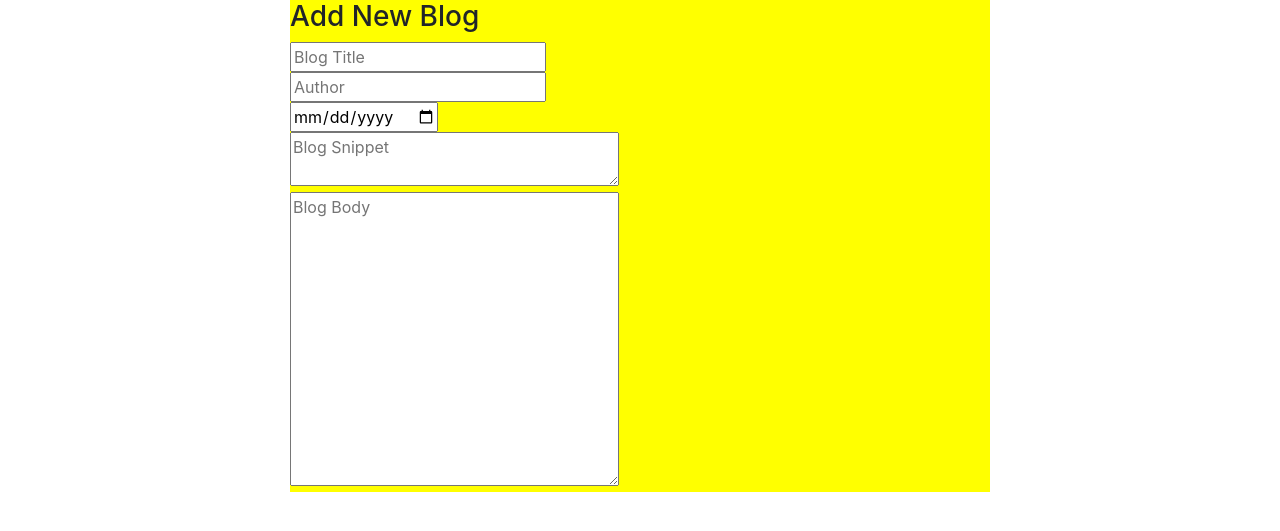
Repository: just-mann/just-blog
Page: http://localhost/add-blog
An editor plug-in stored every save of this project. The page is shown before and after the next save, followed by the edit.
The browser window is 1280 px wide. The pictures show the whole page.
The page is served by the project's Node server (index.js).

Above is the page before, as saved 2022-01-29 12:31:08.

### views/add-blog.ejs
<!doctype html>
<html lang="en">
  <head>
    <title>JUSTCODE | Add New Blog</title>
    <!-- Required meta tags -->
    <meta charset="utf-8">
    <meta name="viewport" content="width=device-width, initial-scale=1, shrink-to-fit=no">
    <!-- Bootstrap CSS -->
    <link rel="stylesheet" href="https://stackpath.bootstrapcdn.com/bootstrap/4.3.1/css/bootstrap.min.css" integrity="sha384-ggOyR0iXCbMQv3Xipma34MD+dH/1fQ784/j6cY/iJTQUOhcWr7x9JvoRxT2MZw1T" crossorigin="anonymous">
    <link rel="stylesheet" href="app.css">
  </head>
  <body>
    <div class="addBlog">
      <h3>Add New Blog</h3>
      <form action="/add-new-blog" method="POST">
        <div class="titleDiv">
          <input type="text" name="title" class="blog-title" placeholder="Blog Title">
        </div>
        <div class="authorDiv">
          <input type="text" name="title" class="blog-author" placeholder="Author">
        </div>
        <div class="dateDiv">
          <input type="date" name="date" class="blog-date">
        </div>
        <div class="snippetDiv">
          <textarea name="blog-snippet" id="blog-snippet" cols="30" rows="2.5" class="blog-snippet" placeholder="Blog Snippet"></textarea>
        </div>
        <div>
          <textarea name="blog-body" id="blog-body" cols="30" rows="12" class="blog-body" placeholder="Blog Body"></textarea>
        </div>
      </form>
    </div>

    <!-- Optional JavaScript -->
    <!-- jQuery first, then Popper.js, then Bootstrap JS -->
    <script src="https://code.jquery.com/jquery-3.3.1.slim.min.js" integrity="sha384-q8i/X+965DzO0rT7abK41JStQIAqVgRVzpbzo5smXKp4YfRvH+8abtTE1Pi6jizo" crossorigin="anonymous"></script>
    <script src="https://cdnjs.cloudflare.com/ajax/libs/popper.js/1.14.7/umd/popper.min.js" integrity="sha384-UO2eT0CpHqdSJQ6hJty5KVphtPhzWj9WO1clHTMGa3JDZwrnQq4sF86dIHNDz0W1" crossorigin="anonymous"></script>
    <script src="https://stackpath.bootstrapcdn.com/bootstrap/4.3.1/js/bootstrap.min.js" integrity="sha384-JjSmVgyd0p3pXB1rRibZUAYoIIy6OrQ6VrjIEaFf/nJGzIxFDsf4x0xIM+B07jRM" crossorigin="anonymous"></script>
  </body>
</html>

### index.js
const express = require('express');
const cors = require('cors');
const bodyParser = require('body-parser');


const app = express();

// BodyParser to tidy up the input from the form
app.use(bodyParser.urlencoded({ extended: true }));

// Static
app.use(express.static('public'))


// Setting the view engine
app.set('view engine', 'ejs');




// Get all the blogs from the database
app.get('/api/blogs', cors(), (req, res) => {
    res.send('Server is running.');
})

// Render the form that let's you add a new blog
app.get('/add-blog', (req, res) => {
    res.render('add-blog');
})


// Add new blog to the database
app.post('/add-new-blog', (req, res) => {

})







const PORT = process.env.PORT || 5000;
app.listen(PORT, () => console.log(`Server is running on port ${PORT}`))

### public/app.css


.addBlog {
    max-width: 700px;
    margin: auto;
    background: yellow;
}

form {
    max-width: 800px;
    margin: auto;
}

After the next save:
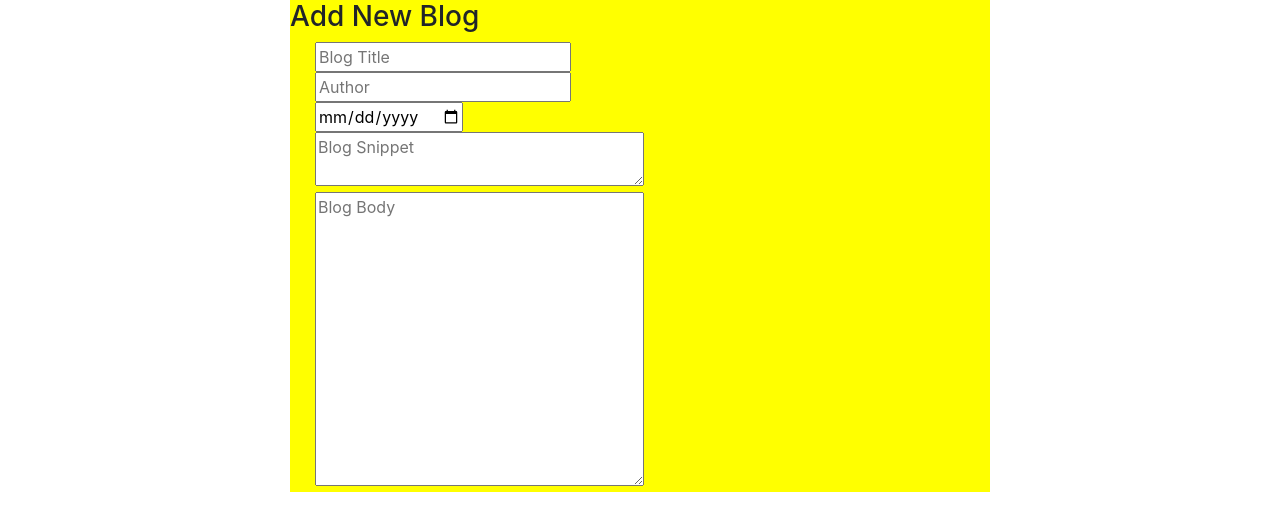
Saved 10 s later.
--- a/public/app.css
+++ b/public/app.css
@@ -7,6 +7,6 @@
 }
 
 form {
-    max-width: 800px;
+    max-width: 650px;
     margin: auto;
 }
